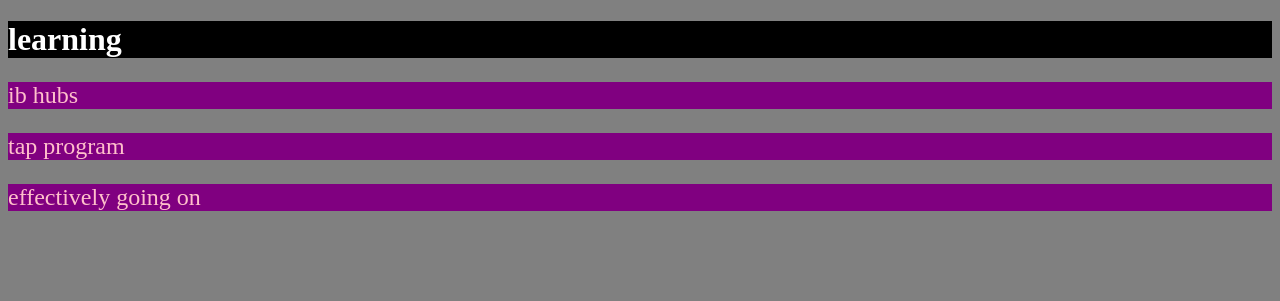
Repository: pranavi481/Assignments
Page: styles.html
The author's editor kept a record of every edit. The page is drawn from the files as they stood at one moment, then again after the next edit.
The browser window is 1280 px wide. The pictures show the whole page.

Above is the page before.

After the next edit:
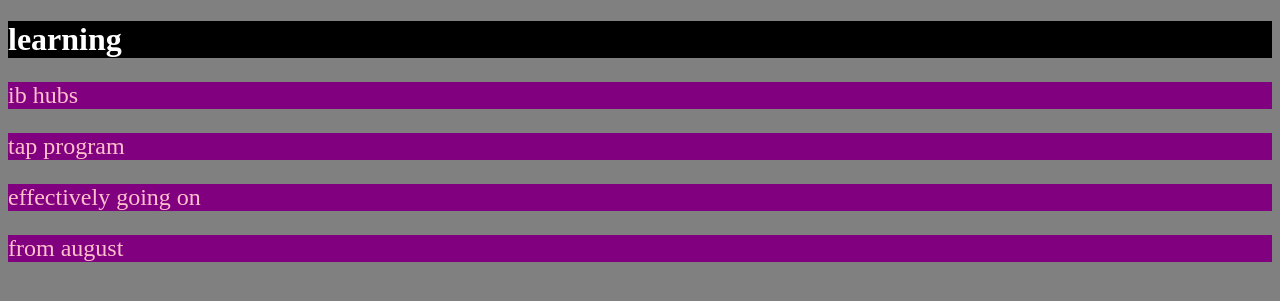
The edit:
--- a/styles.html
+++ b/styles.html
@@ -27,6 +27,6 @@
         <p> ib hubs </p>
         <p> tap program </p>
         <p> effectively going on </p>
-        <p> </p>
+        <p> from august </p>
     </body>
 </html>
